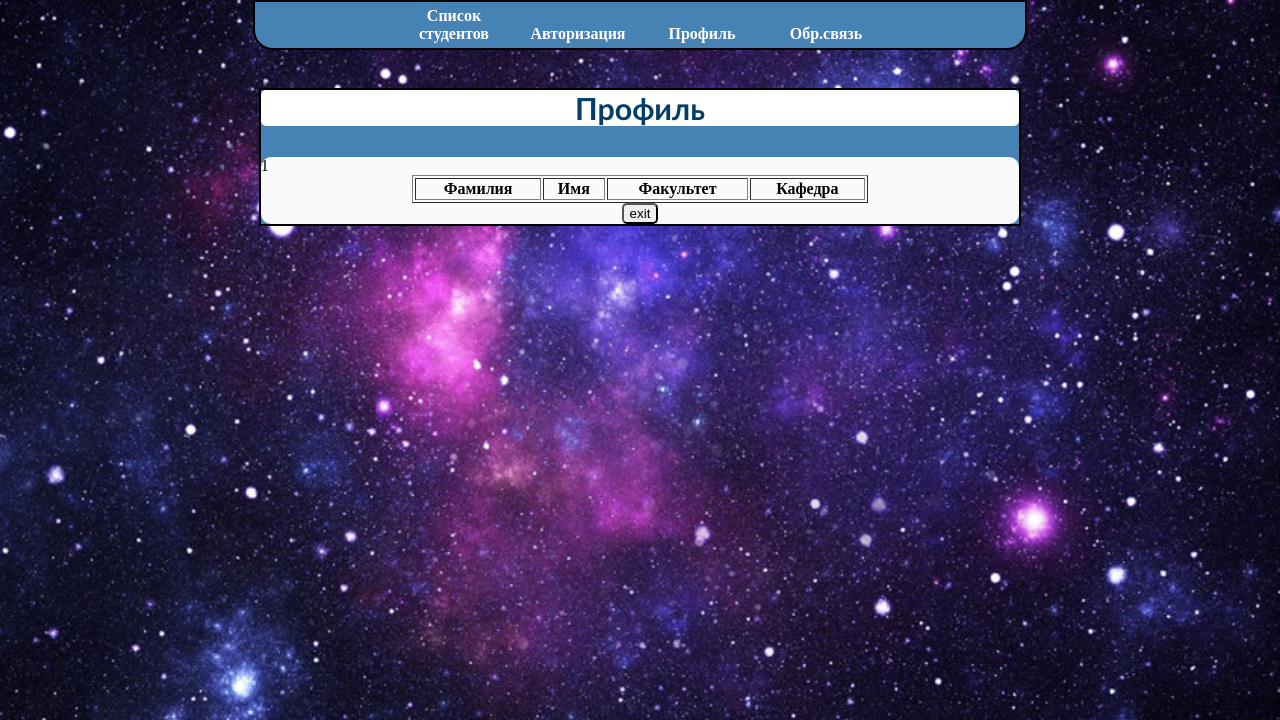
Repository: BeliaevAleksei/WeBCourse
Page: http://localhost/info.php
The author's editor kept a record of every edit. The page is drawn from the files as they stood at one moment, then again after the next edit.
The browser window is 1280 px wide. The pictures show the whole page.
The page is run by PHP 8.4 with error messages shown; the project is at /var/www/html/. The session is filled in as if someone had signed in: {"Id": 1, "Name": 1, "isAdmin": 1}. Other server files are loaded and not shown. Queries for data that is not in the repository find no rows.

Above is the page before.

### Учебная практика/info.php
<!DOCTYPE html>
<html>
<head>
	<meta http-equiv="Content-Type" content="text/html; charset=utf-8" />
	<link rel="stylesheet" href="css/main.css">
	<title>Managment</title>

</head>
<body>
	<div class="page">
	    <div class="header">
			<ul id="navbar">
				<li><a href="index.php">Список студентов</a></li>
				<li><a href="authorization.php">Авторизация</a></li>
				<li><a href="info.php">Профиль</a></li>
				<li><a href="back.php">Обр.связь</a></li>
			</ul>
		</div>
		<div class="main-text">
			<h3>Профиль</h3>
			<div class="main-text-content">
			    <table border = 1>
					<tr>
						<th>Фамилия</th>
						<th>Имя</th>
						<th>Факультет</th>
						<th>Кафедра</th>
					</tr>
			    <?php
					include ('dao.php');
					session_start();
					$name = $_SESSION['Name'];
					echo "$name";
					$dao = new DAO();
					$sqlStudents = $dao->sql_query("SELECT Teachers.FirstName, Teachers.LastName, FacultyAndPulpit.Faculty, Teachers.Pulpit FROM FacultyAndPulpit, Teachers
					where Teachers.FirstName= $name AND FacultyAndPulpit.Pulpit = Teachers.Pulpit");
					while ($sql = mysqli_fetch_array($sqlStudents, MYSQLI_ASSOC)) {
						echo "<tr><td>" . $sql['FirstName'] . "</td>";
						echo "<td>" . $sql['LastName'] . "</td>";
						echo "<td>" . $sql['Faculry'] . "</td>";
						echo "<td>" . $sql['Pulpit'] . "</td>";
					    echo "/tr";
					}
					echo "</table>"
				?>
				<form class="exit-button" action="abortSession.php" method="post">
					<input class="exit-button" type="submit" id="button" value="exit"/>
				</form>
			</div>
</div>
</div>
</body>

### Учебная практика/dao.php
<?php
class DAO
{
    private $link;

    public function __construct() {
        $this->link = mysqli_connect("localhost", "dislexsu", "", "Management");
    }

    public function sql_query($sqlString)
    {
       return mysqli_query($this->link, $sqlString);
    }


    public function getPulpit() {
        return $this->sql_query("SELECT * FROM FacultyAndPulpit");
    }

    public function getTeachers() {
        return $this->sql_query("SELECT * FROM Teachers");
    }

    public function getStudents() {
        return $this->sql_query("SELECT * FROM Students");
    }

    public function addTeacher($login, $password) {
        $this->sql_query("INSERT INTO `Autorization`(`ID`, `Teacher`, `Password`) VALUES ('','$login','$password')");
    }

    public function addTeacherIntable($firstName, $lastName, $pulpit) {
        $this->sql_query("INSERT INTO `Teachers`(`ID`, `FirstName`, `LastName`, `Pulpit`) VALUES ('','$firstName', '$lastName', '$pulpit')");
    }

    public function addStudent($firstName, $lastName, $course, $status, $teacher, $pulpit) {
        $this->sql_query("INSERT INTO `Students`(`ID`, `FirstName`, `LastName`, `Course`, `Status`, `Teacher`, `Pulpit`) VALUES ('', '$firstName', '$lastName', '$course', '$status', '$teacher', '$pulpit')");
    }

    public function addFP($faculty, $pulpit) {
        $this->sql_query("INSERT INTO `FacultyAndPulpit`(`ID`, `Faculty`, `Pulpit`) VALUES ('','$faculty','$pulpit')");
    }

    public function deleteFP($id) {
        $this->sql_query("DELETE FROM `FacultyAndPulpit` WHERE ID = '$id' ");
    }

    public function deleteT($id) {
        $this->sql_query("DELETE FROM `Teachers` WHERE ID = '$id' ");
    }
    public function updateST($id, $firstName, $lastName, $course, $status, $teacher, $pulpit) {
    $this->sql_query("UPDATE `Students` SET `FirstName`= '$firstName' ,`LastName`='$lastName',`Course`='$course',`Status`='$status',`Teacher`='$teacher',`Pulpit`='$pulpit'
    WHERE ID = $id");
    }

     public function addMessage($login, $mail, $message) {
        $this->sql_query("INSERT INTO `Message`(`ID`, `Login`, `Mail`, `Message`) VALUES ('','$login','$mail', '$message')");
    }
}

### Учебная практика/css/main.css

@media (min-width: 1024px) {
	body
	{
		background: url(../img/fon.jpg);
		background-position: center center;
		background-size: cover;
		background-attachment: fixed;
	}
	.main-text-content > img {
		width: 49%;
		height: 300px;
		display: inline-block;
	}
	a{
		font-size: 1.0em;
	}
	p{
		font-size: 1.0em;
	}

	h3{
		font-size: 1.9em;
	}
	h2{
		font-size: 1.3em;
	}
		.righttable{
		width: 26%;
		float: right;
	}
	.lefttable{
		width: 26%;
		float: left;
	}
}
@media (min-width: 720px) and (max-width: 1023px) {

	body {
		background: url(../img/fon.jpg);
		background-position: center center;
		background-size: cover;
		background-attachment: fixed;

	}
	.main-text-content > img {
		/*width: 400px;*/
		width: 40%;
		height: 300px;
		display: inline-block;
	}
	a{
		font-size: 0.8em;
	}
	p{
		font-size: 0.8em;
	}

	h3{
		font-size: 1.5em;
	}
	h2{
		font-size: 1.1em;
	}
		.righttable{
		width: 26%;
		float: right;
	}
	.lefttable{
		width: 26%;
		float: left;
	}
}

@media (min-width: 480px) and (max-width: 719px)
{
	body {
		background: url(../img/fon.jpg);
		background-position: center center;
		background-size: cover;
		background-attachment: fixed;
	}
	.main-text-content > img {
		/*width: 274px;*/
		width: 30%;
		height: 300px;
		display: inline-block;
	}
	a{
		font-size: 0.5em;
	}
	p{
		font-size: 0.5em;
	}

	h3{
		font-size: 1.2em;
	}
	h2{
		font-size: 0.8em;
	}
		.righttable{
		width: 26%;
		float: right;
	}
	.lefttable{
		width: 26%;
		float: left;
	}
}
@media (min-width: 320px) and (max-width: 479px)
{
	body {
		background: url(../img/fon.jpg);
		background-position: center center;
		background-size: cover;
		background-attachment: fixed;
	}
	.main-text-content > img {
		/*width: 173px;*/
		width: 20%;
		height: 200px;;
		display: inline-block;
	}
	a{
		font-size: 0.5em;
	}
	p{
		font-size: 0.5em;
	}

	h3{
		font-size: 1.2em;
	}
	h2{
		font-size: 0.8em;
	}
	.righttable{
		width: 26%;
		float: right;
	}
	.lefttable{
		width: 26%;
		float: left;
	}
}
@media (max-width: 319px)
{
	body {

		background: url(../img/fon.jpg);
		background-position: center center;
		background-size: cover;
		background-attachment: fixed;
	}
	.main-text-content > img {
		width: 172px;
		height: 110px;
		display: inline-block;
	}
	a{
		font-size: 0.5em;
	}
	p{
		font-size: 0.5em;
	}

	h3{
		font-size: 1.0em;
	}
	h2{
		font-size: 0.8em;
	}
	.righttable{
		width: 100%;
		float: none;
	}
	.lefttable{
		width: 100%;
		float: none;
	}
}

.page {
	width: 60%; /* Ширина элемента в пикселах */
	margin: auto; /* Выравниваем по центру */
	position: relative;
}

.header {
	justify-content: space-around;
	flex-wrap: wrap;
	align-items: center;
	position: relative;
	top: 0;
	min-height: 60px;
}

.main {
	line-height: 150px;
	position: relative;
}

#navbar {
	margin: 0;
	padding: 0;
	list-style-type: none;
}
#navbar li {
	display: inline;
}

#navbar {
	margin: -8px;
	padding: 0;
	list-style-type: none;
	border: 2px solid #000000;
	border-radius: 0px 0px 20px 20px;
	text-align: center;
	background-color:#4682B4;
}
#navbar a {
	color: #fff;
	padding: 5px 10px;
	text-decoration: none;
	font-weight: bold;
	display: inline-block;
	width: 100px;
}
#navbar a:hover {
	border-radius: 20px 5px;
	background-color: #B0C4DE;
}

.main-text{
	outline: 2px solid #000;
	background-color:#4682B4;
	margin:auto;
}


.main-text-content {
	background-color: rgba(255, 255, 254, 0.96);
	border-radius: 10px;
	margin:auto;
}

.main-text-content .clearbox {
	display: table;
}

.main-text > h3 {
	text-align: center;
	color: #033E6B;
	font-family: "Gabriela", TREBUCHET MS;
	background-color: #FFFFFF;
	border-radius: 5px;
}

.main-text-content > a {
	display: block;
	min-width: 20px;
	background-color: #FFFFFF;
	color: #033E6B;
	font-family: "Gabriela", TREBUCHET MS;
	border-bottom: 2px solid maroon; /* Параметры линии под текстом */
	font-weight: normal; /* Убираем жирное начертание */
	padding-bottom: 5px; /* Расстояние от текста до линии */
	text-align: left;
}


.main-text-content > p {
	display: block;
	text-indent: 2em;
	margin: 0 5px;
	color: #033E6B;
	border-radius: 5px;
	line-height: 34px;
}

.main-text-content img {
	margin-bottom: 10px;
	-o-object-fit: cover;
	object-fit: cover; /* способ встраивания содержимого в элемент */
	object-position: center; /* способ размещения содержимого в элементе */
}
.main-text-content .clearbox {
	display: table;
	clear: both;
}

#imginf {
	float: left; /* задает выравнивание элемента */
	margin-right: 10px;
}



.lefttable{
	display: table;
	background-color: #FFFFFF;
	border-radius: 5px;
}

.righttable{
	display: table;
	background-color: #FFFFFF;
	border-radius: 5px;
}
/*form{*/
/*	margin: 0  1%;*/
/*}*/
label{
	align-items: center;
	text-align: center;
}
form{
	align-items: center;
	text-align: center;
}
#about{
	width: 90%;
}
TABLE {
    width: 60%;
    margin: auto;
   }
   TD {
   	width: 60%;
    margin: auto;
   }

input {
    border-radius: 5px;
}

After the next edit:
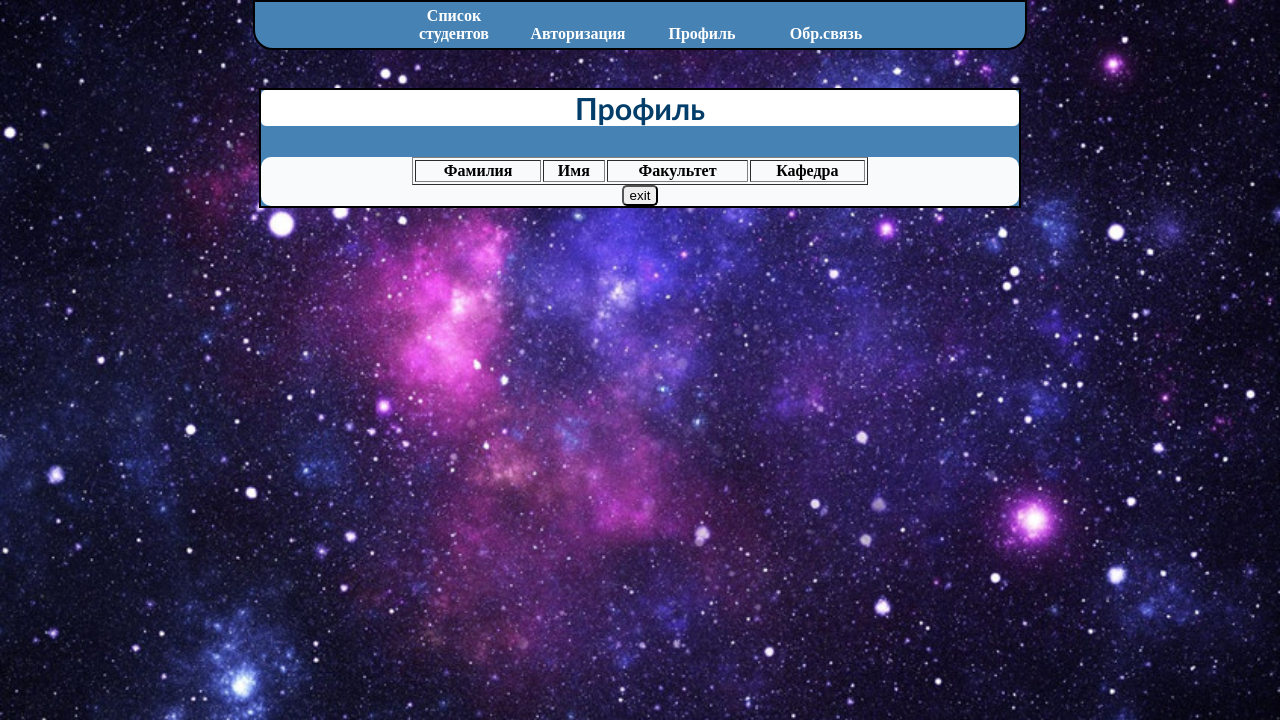
The edit:
--- a/Учебная практика/info.php
+++ b/Учебная практика/info.php
@@ -30,7 +30,7 @@
 					include ('dao.php');
 					session_start();
 					$name = $_SESSION['Name'];
-					echo "$name";
+				// 	echo "$name";
 					$dao = new DAO();
 					$sqlStudents = $dao->sql_query("SELECT Teachers.FirstName, Teachers.LastName, FacultyAndPulpit.Faculty, Teachers.Pulpit FROM FacultyAndPulpit, Teachers
 					where Teachers.FirstName= $name AND FacultyAndPulpit.Pulpit = Teachers.Pulpit");
